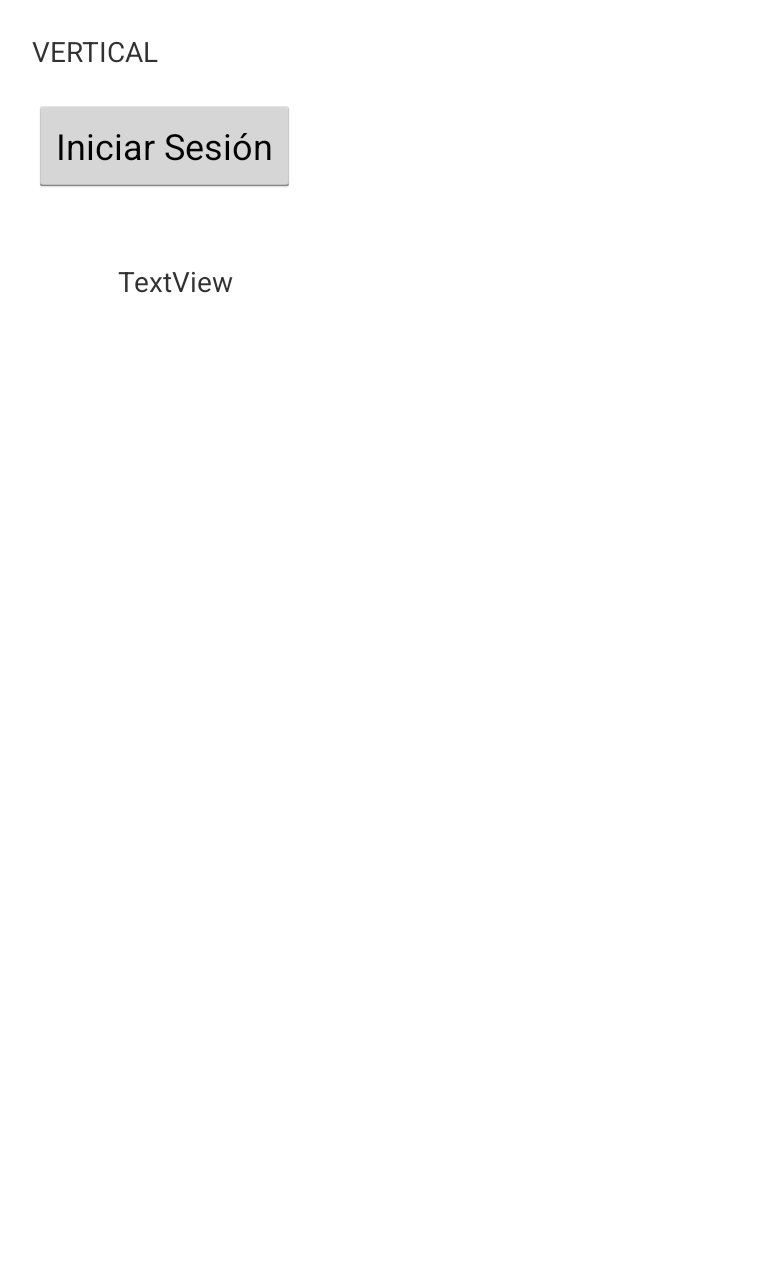
Repository: jlcd0004/sm_p11_practica1
Layout: Practica1/res/layout/activity_main.xml
These files come from the project's save history. The layout is drawn as it stood at one moment and after the next save; the edit follows.
It is drawn on a 768 x 1280 px phone screen (xhdpi) without system bars, with theme AppTheme; the app's code is not run.

Above is the layout before, as saved 2015-10-02 15:53:23.

### Practica1/res/layout/activity_main.xml
<RelativeLayout xmlns:android="http://schemas.android.com/apk/res/android"
    xmlns:tools="http://schemas.android.com/tools"
    android:layout_width="match_parent"
    android:layout_height="match_parent"
    android:paddingBottom="@dimen/activity_vertical_margin"
    android:paddingLeft="@dimen/activity_horizontal_margin"
    android:paddingRight="@dimen/activity_horizontal_margin"
    android:paddingTop="@dimen/activity_vertical_margin"
    tools:context="com.practica1.MainActivity" >

    <TextView
        android:id="@+id/textView1"
        android:layout_width="wrap_content"
        android:layout_height="wrap_content"
        android:text="VERTICAL" />

    <Button
        android:id="@+id/button1"
        android:layout_width="wrap_content"
        android:layout_height="wrap_content"
        android:layout_below="@+id/textView1"
        android:layout_marginTop="14dp"
        android:text="Iniciar Sesión" />

    <TextView
        android:id="@+id/textView2"
        android:layout_width="wrap_content"
        android:layout_height="wrap_content"
        android:layout_alignRight="@+id/button1"
        android:layout_below="@+id/button1"
        android:layout_marginRight="32dp"
        android:layout_marginTop="34dp"
        android:text="TextView" />

</RelativeLayout>

Loaded but not shown: Practica1/res/values/styles.xml (common file); Practica1/res/values-v11/styles.xml (common file); Practica1/res/values-v14/styles.xml (common file); Practica1/res/values/dimens.xml (common file); Practica1/res/values-w820dp/dimens.xml (common file)

After the next save:
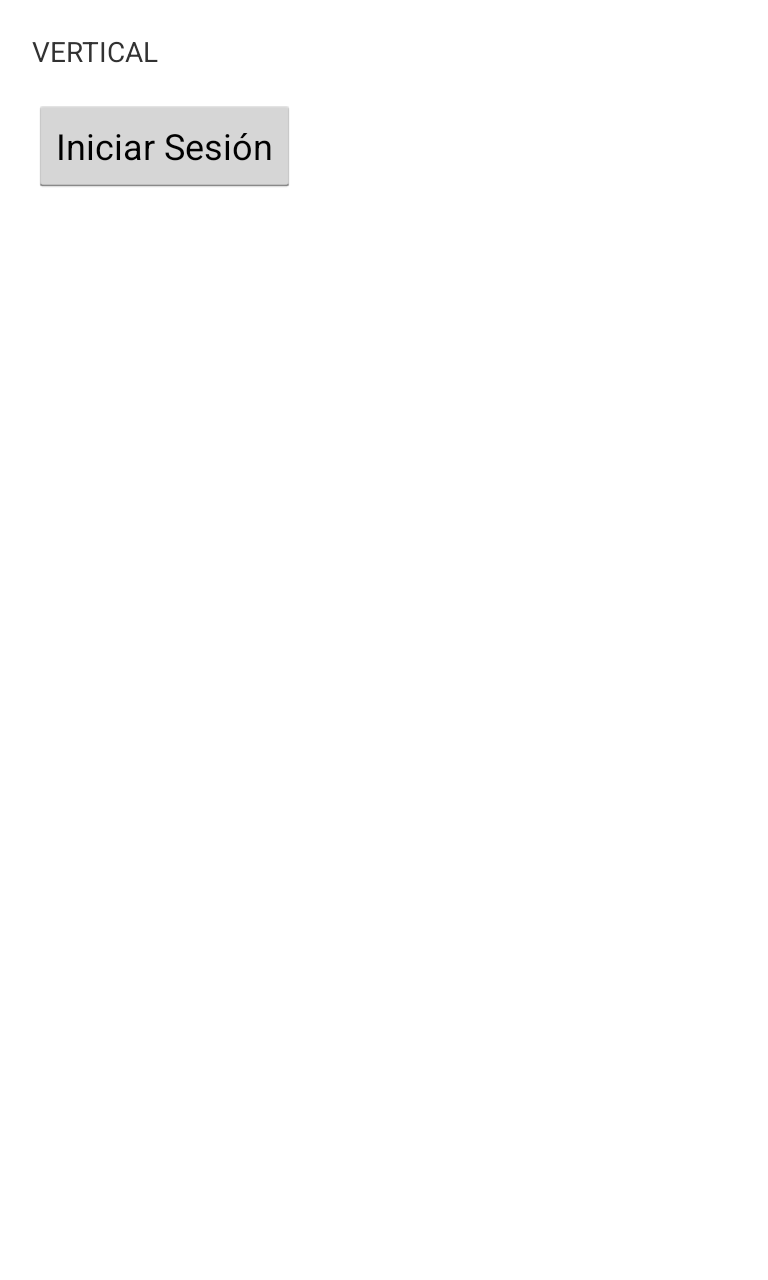
Saved 2 s later.
--- a/Practica1/res/layout/activity_main.xml
+++ b/Practica1/res/layout/activity_main.xml
@@ -22,14 +22,4 @@
         android:layout_marginTop="14dp"
         android:text="Iniciar Sesión" />
 
-    <TextView
-        android:id="@+id/textView2"
-        android:layout_width="wrap_content"
-        android:layout_height="wrap_content"
-        android:layout_alignRight="@+id/button1"
-        android:layout_below="@+id/button1"
-        android:layout_marginRight="32dp"
-        android:layout_marginTop="34dp"
-        android:text="TextView" />
-
 </RelativeLayout>
